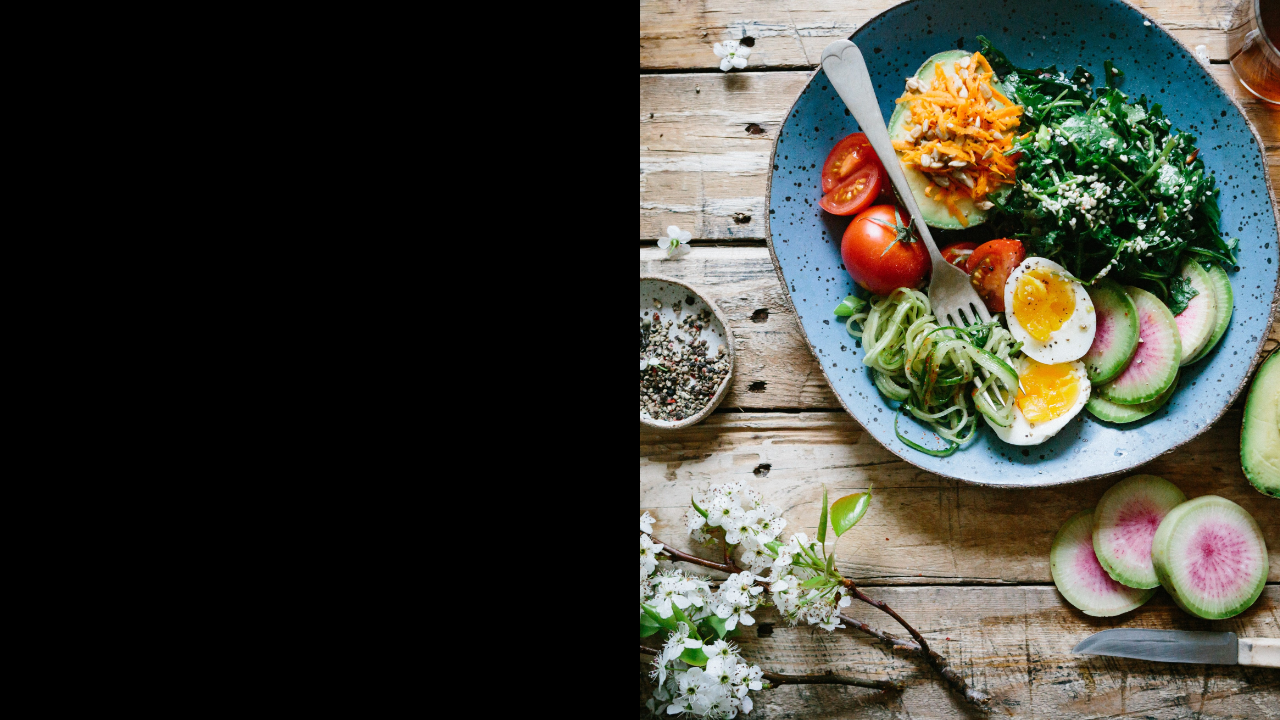
Repository: chandra11148/Foodie
Page: / (app in Frontend/)
These files come from the project's save history. The page is drawn as it stood at one moment and after the next save; the edit follows.
The browser window is 1280 px wide. The pictures show the whole page.
The project was rebuilt for these pictures with package versions that can differ from the ones it lists, and the page was loaded fresh each time. Also part of the build but not shown: Frontend/vite.config.ts.

Above is the page before, as saved 2024-02-25 10:39:52.

### Frontend/index.html
<!doctype html>
<html lang="en">
  <head>
    <meta charset="UTF-8" />
    <link rel="icon" type="image/svg+xml" href="/vite.svg" />
    <meta name="viewport" content="width=device-width, initial-scale=1.0" />
    <title>Foodie</title>
  </head>
  <body>
    <div id="root"></div>
    <script type="module" src="/src/main.tsx"></script>
  </body>
</html>

### Frontend/src/App.tsx
import { Suspense, useState } from "react";
import { createBrowserRouter, RouterProvider } from "react-router-dom";
import { Landing } from "./pages/Landing";

function App() {
  const router = createBrowserRouter([
    {
      path: "/",
      element: <Landing/>,
      errorElement: <div>ErrorPage</div>,
    },
  ]);

  return (

      <div className="h-[100vh] w-[100vw]">
        <Suspense fallback={<div>Loading</div>}>
          <RouterProvider
            router={router}
            fallbackElement={<div>Fallback Element</div>}
          />
        </Suspense>
      </div>
  );
}

export default App;

### Frontend/src/index.css
@import url('https://fonts.googleapis.com/css2?family=Fraunces:ital,opsz,wght@0,9..144,100..900;1,9..144,100..900&display=swap');

@tailwind base;
@tailwind components;
@tailwind utilities;

body{
    padding: 0;
    margin: 0;
}
#root{
    padding: 0;
    margin: 0;
}

### Frontend/src/pages/Landing/index.tsx
import recipeOne from "../../assets/recipe-one.jpg";

export const Landing = () => {
  return (
    <div className="bg-black text-white h-[100%] flex flex-col-reverse md:flex-row w-full">
      <div className="w-full h-full"></div>
      <div className="w-full h-full">
        <img
          src={recipeOne}
          alt="A dish with food recipes"
          className="w-full h-full object-center object-cover"
        />
      </div>
    </div>
  );
};

### Frontend/tailwind.config.js
/** @type {import('tailwindcss').Config} */
export default {
  content: [
    "./index.html",
    "./src/**/*.{js,ts,jsx,tsx}",
  ],
  theme: {
    extend: {
      screens: {
        'sm': '640px',
        // => @media (min-width: 640px) { ... }

        'md': '768px',
        // => @media (min-width: 768px) { ... }

        'lg': '1024px',
        // => @media (min-width: 1024px) { ... }

        'xl': '1280px',
        // => @media (min-width: 1280px) { ... }

        '2xl': '1536px',
        // => @media (min-width: 1536px) { ... }
      },
      fontFamily: {
        sans: ["Fraunces","serif"],
      }
    },
  },
  plugins: [],
}

Loaded but not shown: Frontend/src/main.tsx (common file)

After the next save:
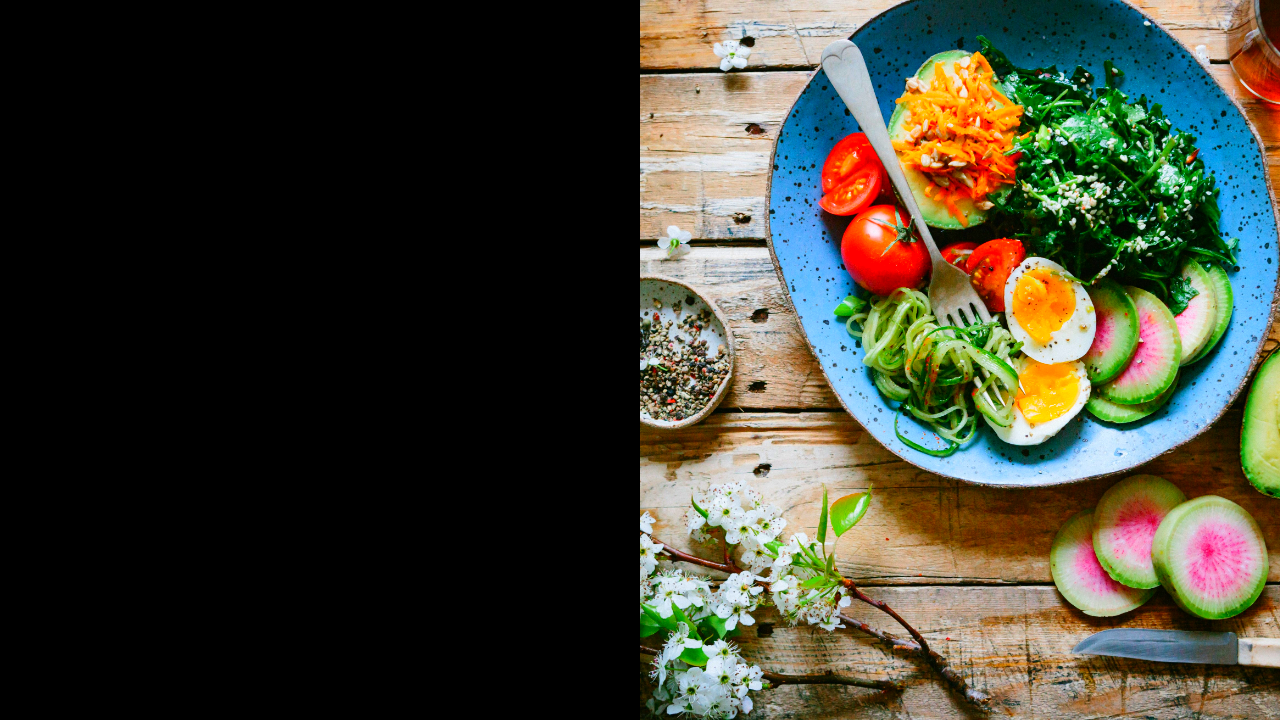
Saved 17 min 53 s later.
--- a/Frontend/src/pages/Landing/index.tsx
+++ b/Frontend/src/pages/Landing/index.tsx
@@ -4,7 +4,7 @@ export const Landing = () => {
   return (
     <div className="bg-black text-white h-[100%] flex flex-col-reverse md:flex-row w-full">
       <div className="w-full h-full"></div>
-      <div className="w-full h-full">
+      <div className="w-full h-full saturate-200">
         <img
           src={recipeOne}
           alt="A dish with food recipes"
